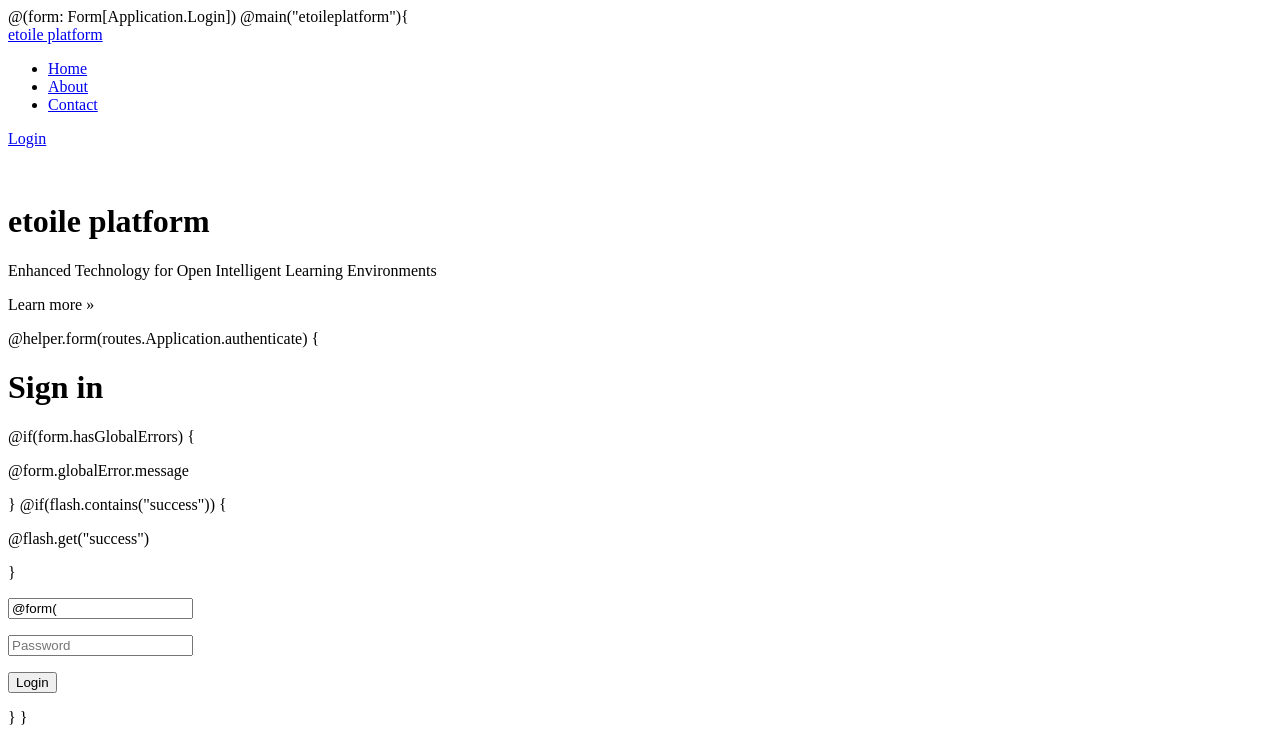
Repository: lopesdasilva/etoile
Page: etoile-play/.target/views/login.scala.html
An editor plug-in stored every save of this project. The page is shown before and after the next save, followed by the edit.
The browser window is 1280 px wide. The pictures show the whole page.

Above is the page before, as saved 2012-10-23 14:42:15.

After the next save:
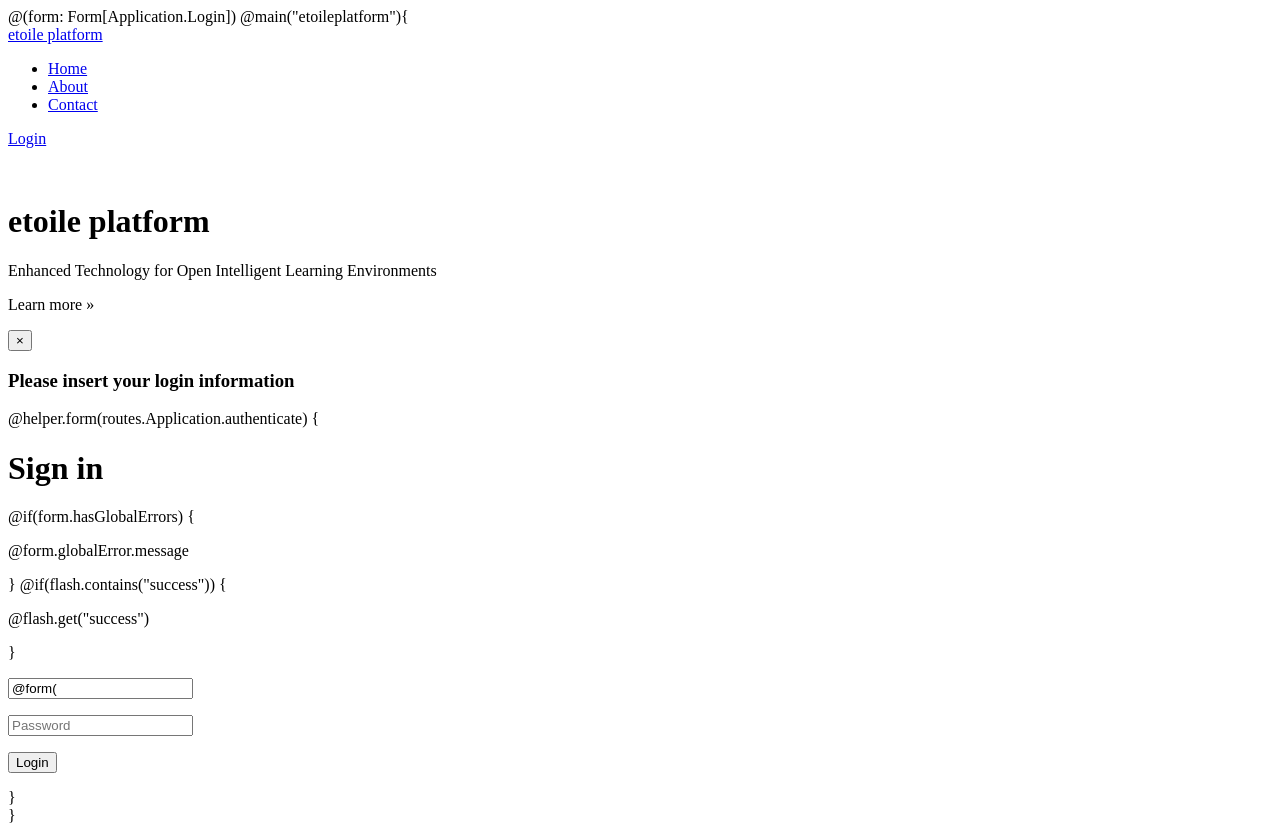
Saved 26 s later.
--- a/etoile-play/.target/views/login.scala.html
+++ b/etoile-play/.target/views/login.scala.html
@@ -35,6 +35,14 @@
 	 <p><a class="btn btn-primary btn-large">Learn more &raquo;</a></p>
 </div>
 
+
+<div id="loginModal" class="modal hide fade" tabindex="-1" role="dialog" aria-labelledby="myModalLabel" aria-hidden="true">
+  <div class="modal-header">
+    <button type="button" class="close" data-dismiss="modal" aria-hidden="true">&times;</button>
+    <h3 id="myModalLabel">Please insert your login information</h3>
+  </div>
+  <div class="modal-body">
+
         @helper.form(routes.Application.authenticate) {
 
             <h1>Sign in</h1>
@@ -62,4 +70,6 @@
             </p>
 
         }
+</div>
+
 }
